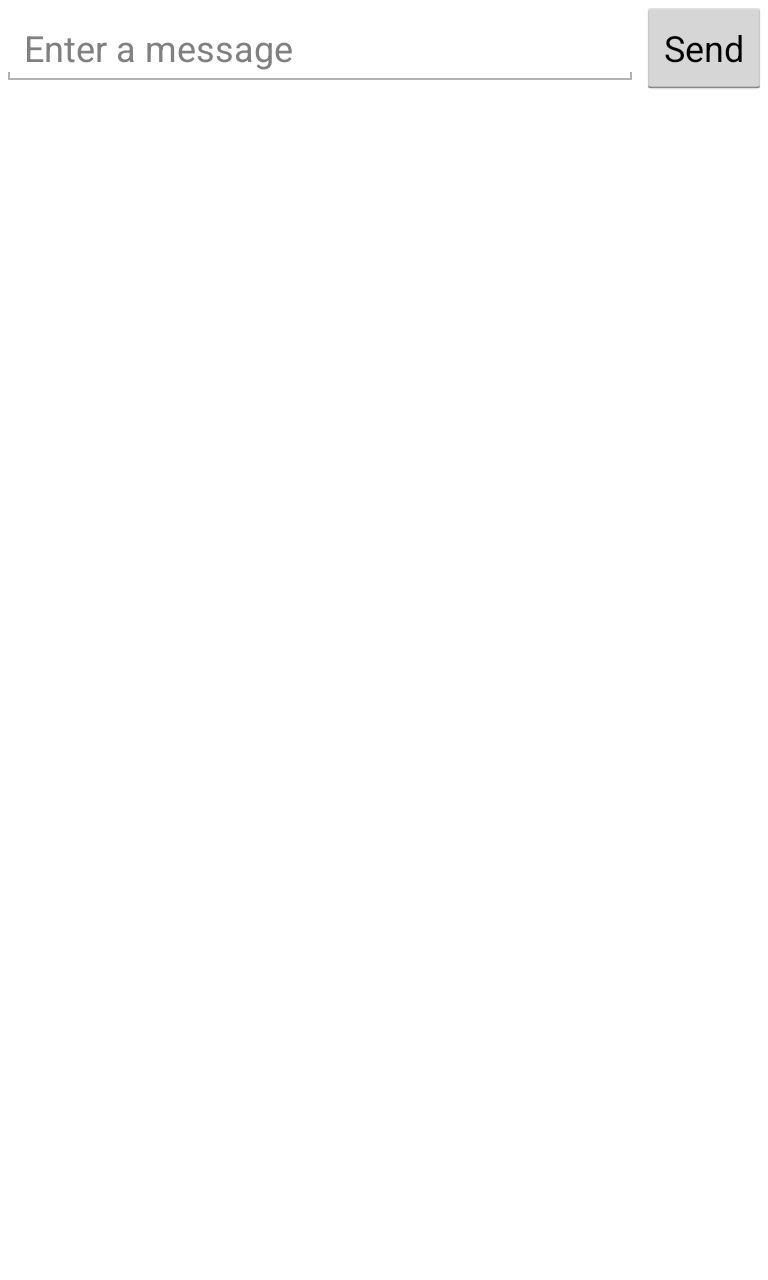
Repository: NewDay320/Lumos
Layout: src/Lumos/branches/mzTest2/res/layout/activity_main.xml
An editor plug-in stored every save of this project. The layout is shown before and after a run of saves, followed by the edit.
It is drawn on a 768 x 1280 px phone screen (xhdpi) without system bars, with theme AppTheme; the app's code is not run.

Above is the layout before, as saved 2014-03-17 19:11:58.

### src/Lumos/branches/mzTest2/res/layout/activity_main.xml
<LinearLayout xmlns:android="http://schemas.android.com/apk/res/android"
    xmlns:tools="http://schemas.android.com/tools"
    android:layout_width="match_parent"
    android:layout_height="match_parent"
    android:orientation="horizontal">

    <EditText android:id="@+id/edit_message"
        android:layout_weight="1"
        android:layout_width="0dp"
        android:layout_height="wrap_content"
        android:hint="@string/edit_message" />
    <Button
        android:layout_width="wrap_content"
        android:layout_height="wrap_content"
        android:text="@string/button_send"
        android:onClick="sendMessage" />

</LinearLayout>

### src/Lumos/branches/mzTest2/res/values/strings.xml
<?xml version="1.0" encoding="utf-8"?>
<resources>

    <string name="app_name">Lumos</string>
    <string name="action_settings">Settings</string>
    <string name="hello_world">hello world ks</string>
    <string name="title_activity_mztest">MZTestActivity</string>
    <string name="mz_menu_text">Nipples The Cat</string>
    <string name="button_send">Send</string>
    <string name="edit_message">Enter a message</string>
    <string name="title_activity_display_message">My Message</string>
    <string name="notification">Ping Notification</string>
    <string name="label">Ping Me</string>

    <!-- buttons -->
    <string name="ping">Ping</string>
    <string name="snooze">Snooze</string>
    <string name="dismiss">Dismiss</string>

    <!-- alert stuff -->
    <string name="ping_text">Set Seconds Until Ping</string>
    <string name="done_snoozing">Done Snoozing</string>
    <string name="seconds_default">10</string>
    <string name="reminder_label">Reminder text</string>
    <string name="reminder_text">Take Rx now</string>

    <!-- logging -->
    <string name="snoozing">Snoozing!</string>
    <string name="timer_start">Setting the timer</string>
    <string name="sleep_error">Sleep failure</string>
    <string name="timer_finished">Timer finished</string>
</resources>

Loaded but not shown: src/Lumos/branches/mzTest2/res/values/styles.xml (common file); src/Lumos/branches/mzTest2/res/values-v11/styles.xml (common file); src/Lumos/branches/mzTest2/res/values-v14/styles.xml (common file)

After the next 2 saves:
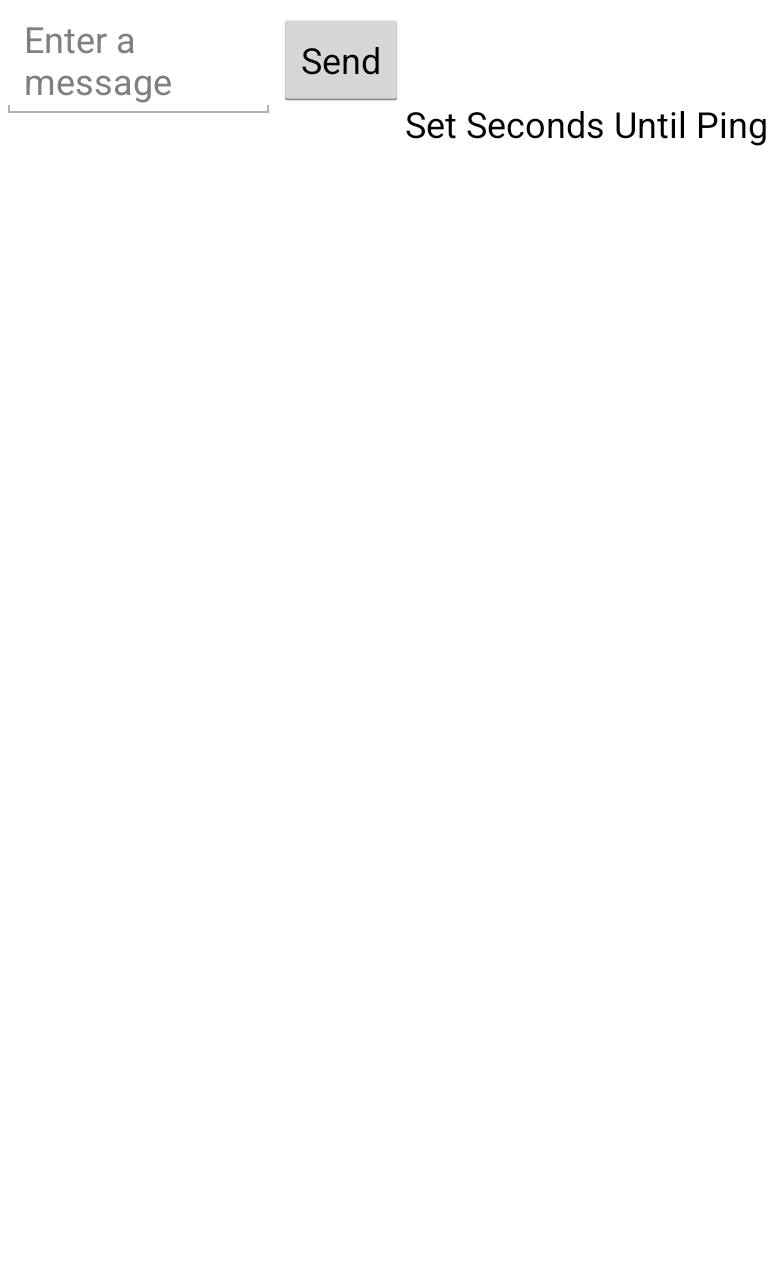
The 2 saves are shown as one change because they came seconds apart.
The last was saved 18 s later.
--- a/src/Lumos/branches/mzTest2/res/layout/activity_main.xml
+++ b/src/Lumos/branches/mzTest2/res/layout/activity_main.xml
@@ -15,4 +15,14 @@
         android:text="@string/button_send"
         android:onClick="sendMessage" />
 
+    <TextView
+        android:id="@+id/seconds_view"
+        android:layout_width="wrap_content"
+        android:layout_height="wrap_content"
+        android:layout_alignParentTop="true"
+        android:layout_centerHorizontal="true"
+        android:layout_marginTop="32dp"
+        android:textAppearance="?android:attr/textAppearanceMedium"
+        android:text="@string/ping_text" />
+
 </LinearLayout>
